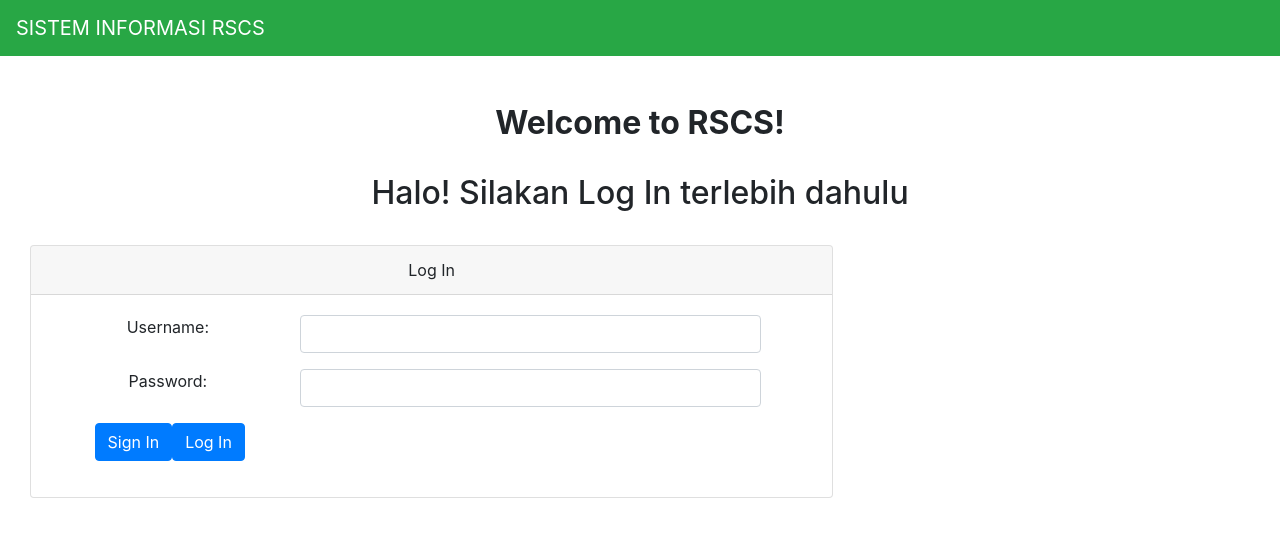
Repository: usamah1707/Tugas-Akhir-Kelompok-6
Page: http://localhost/login
These files come from the project's save history. The page is drawn as it stood at one moment and after the next save; the edit follows.
The browser window is 1280 px wide. The pictures show the whole page.
The page is this project's Thymeleaf template; nobody is signed in. The template is opened directly, without the code that normally fills it, so the values that code supplies are empty.

Above is the page before, as saved 2019-06-04 06:02:16.

After the next save:
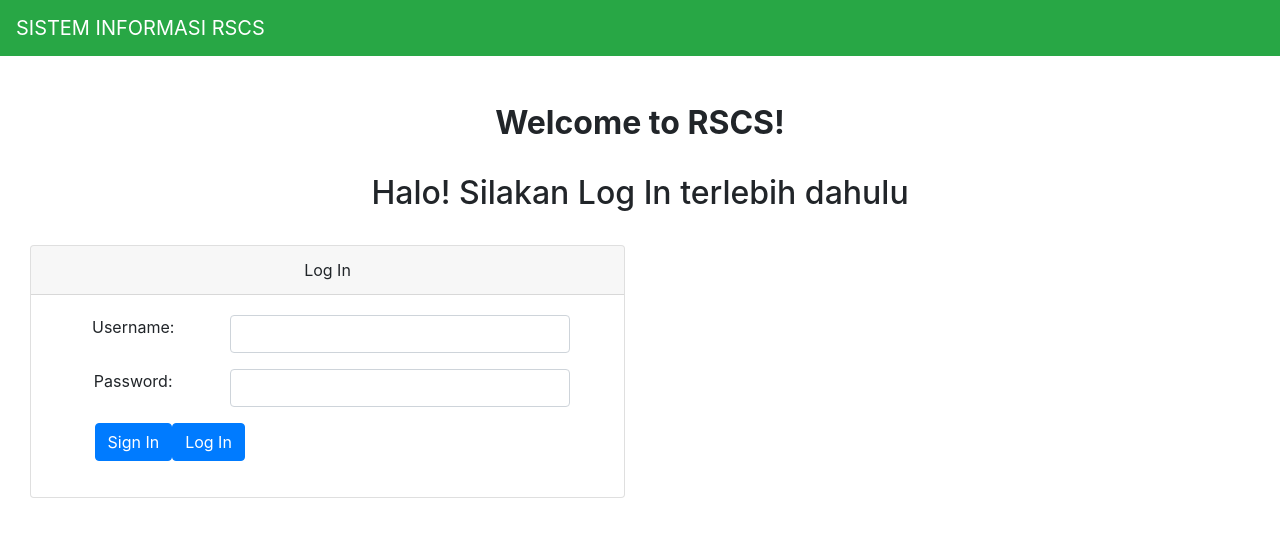
Saved 4 s later.
--- a/TA_6/src/main/resources/templates/login.html
+++ b/TA_6/src/main/resources/templates/login.html
@@ -28,7 +28,7 @@
         <h2 align = "center">Halo! Silakan Log In terlebih dahulu</h2>
         <br>
         <div class="row">
-            <div class="col-md-8">
+            <div class="col-md-6">
 
                 <div class="card">
                     <div class="card-header">
